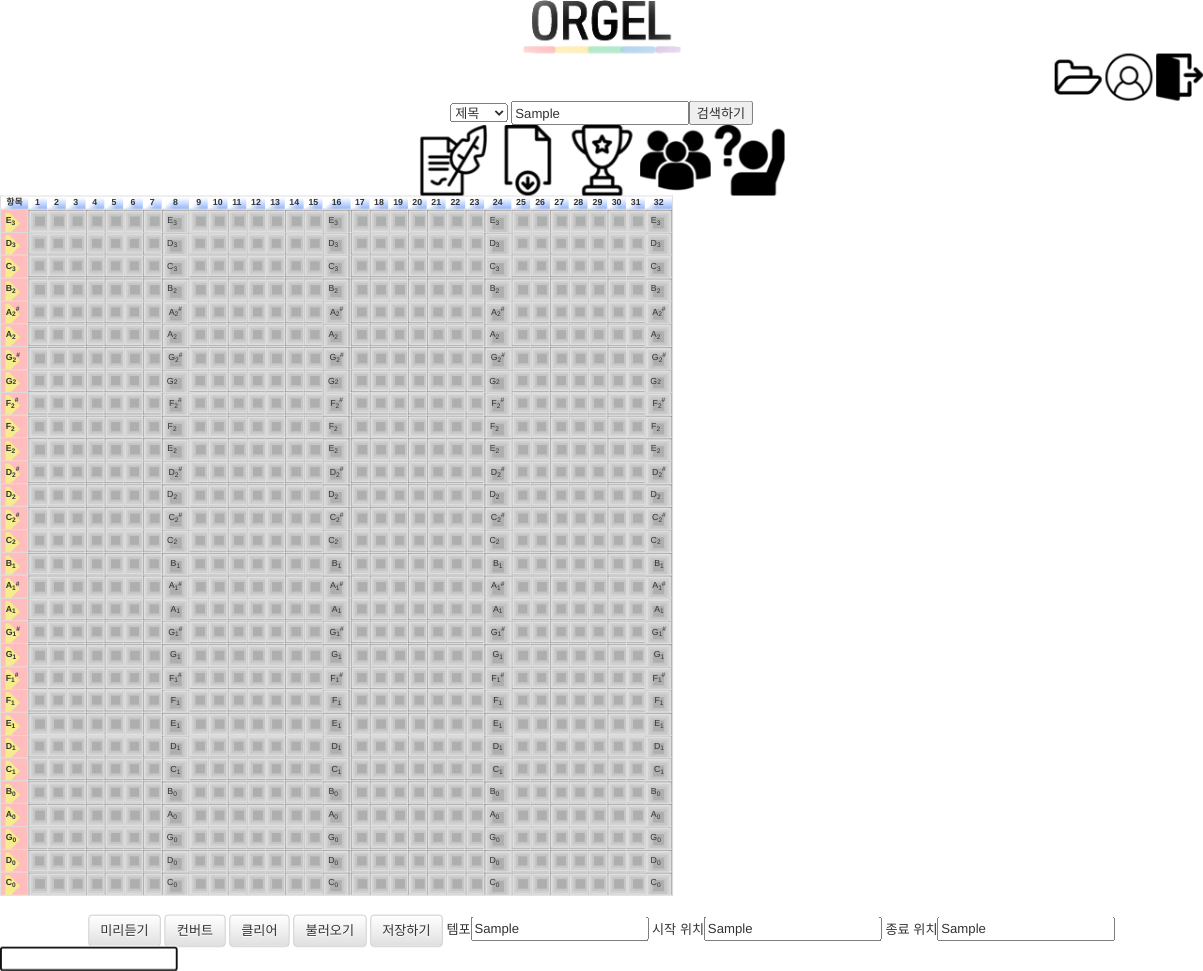
Repository: 2018YoungJinCollege-Com-3WDJ-3Group/WebCode
Page: http://localhost/main/create
The author's editor kept a record of every edit. The page is drawn from the files as they stood at one moment, then again after the next edit.
The browser window is 1280 px wide. The pictures show the whole page, at 94% of full size.
Empty fields were first filled with sample values (such as "Sample", 5 or name@example.com).
After loading, the first visible `#button_convert` was clicked once.
The page is served by the project's Laravel application, run on PHP 8.4 with Laravel 8. Other server files are loaded and not shown.

Above is the page before.
Console error (its wording comes from the project's code and is left out).

### project_0321/routes/web.php
<?php

/*
|--------------------------------------------------------------------------
| Web Routes
|--------------------------------------------------------------------------
|
| Here is where you can register web routes for your application. These
| routes are loaded by the RouteServiceProvider within a group which
| contains the "web" middleware group. Now create something great!
|
*/
//개인적으로 쓰이는 test파일 경로
Route::get('minsuk',function(){
   return view('minsuk');
});



Route::get('/test',function(){
    return view('test');
});
//사이트 접속시 첫 페이지
Route::get('/', function (){
    return view('project');
});

//mobile게시판 라우트
Route::resource('Msellboard','MoblieSellBoardController');
//게시판라우트
Route::resource('sellboard','SellBoardController');
//게시판 검색 라우트
Route::get('sellboard/search','SellBoardController@search')->name('sellboard.search');

//메인페이지 라우트
Route::resource('main','MainController');
//메인페이지 외부악보 라우트
Route::post('main/transfer','MainController@transfer')->name('upload');
Route::get('register','Auth\RegisterController@create');
Route::post('register','Auth\RegisterController@store')->name('register');
Route::post('duplication','Auth\RegisterController@namecheck')->name('duplication');
Route::resource('login','Auth\LoginController');

### project_0321/app/Http/Controllers/MainController.php
<?php

namespace App\Http\Controllers;
use App\Score;
use Illuminate\Http\Request;

class MainController extends Controller
{
    /**
     * Display a listing of the resource.
     *
     * @return \Illuminate\Http\Response
     */
    public function index()
    {
        //
        return view('main.index');
    }

    /**
     * Show the form for creating a new resource.
     *
     * @return \Illuminate\Http\Response
     */
    public function create()
    {
        //
        return view('main.create');
    }

    /**
     * Store a newly created resource in storage.
     *
     * @param  \Illuminate\Http\Request  $request
     * @return \Illuminate\Http\Response
     */
    public function store(Request $request)
    {
        //
        $post=new Score();
        $post->writer='root';
        $post->title='root';
        //악보가 필요해
        $post_string=$request->get('tempo').";".$request->get('score');
        $post->scorestring=$post_string;
        $post->thumnail='root';
        $post->save();
        $response = array(
            'status' => 'success',
            'msg' => 'Setting created successfully',
        );
        return \Response::json($response);
    }

    /**
     * Display the specified resource.
     *
     * @param  int  $id
     * @return \Illuminate\Http\Response
     */
    public function show($id)
    {
        //
    }

    /**
     * Show the form for editing the specified resource.
     *
     * @param  int  $id
     * @return \Illuminate\Http\Response
     */
    public function edit($id)
    {
        //
    }

    /**
     * Update the specified resource in storage.
     *
     * @param  \Illuminate\Http\Request  $request
     * @param  int  $id
     * @return \Illuminate\Http\Response
     */
    public function update(Request $request, $id)
    {
        //
    }

    /**
     * Remove the specified resource from storage.
     *
     * @param  int  $id
     * @return \Illuminate\Http\Response
     */
    public function destroy($id)
    {
        //
    }
    public function transfer(Request $request){
    $file=$request->file('file');
    $file->move(public_path('upload'),$file->getClientOriginalName());
    $_SESSION['file_path']=public_path('upload')."/".$file->getClientOriginalName();
    return $_SESSION['file_path'];
    }



}

### project_0321/resources/views/main/create.blade.php
@extends('layouts.master')
@section('content')

    <!--악보 테이블-->
    <div>
    <table class="table table-piano table-bordered table-hover table-condensed" id="pianoTable" style="user-select: none;">
        <!--멜로디 순서-->
        <thead id="theadOfPianoTable" >
        </thead>
        <!--//악보-->
        <tbody id="tbodyOfPianoTable">
        <?php
        include_once '../app/keyboard.php';
        $temp = new keyboard();
        $temp->createTable();
        ?>
        </tbody>
    </table>
    </div>
    <!--기능-->
    <div id="div_musicController">
    <button class="btn btn-default" id="button_play">미리듣기</button>
    <button class="btn btn-default" id="button_convert">컨버트</button>
    <button class="btn btn-default" id="button_clear">클리어</button>
    <button class="btn btn-default" id="button_read">불러오기</button>
    <button class="btn btn-default" id="button_save">저장하기</button>
    템포<input  type="text" id="input_tempo" placeholder="Tempo">
    시작 위치<input  type="text" id="input_startPoint" placeholder="Record Number">
    종료 위치<input  type="text" id="input_endPoint" placeholder="Record Number">
    </div>
    <script src="{{asset('js/jquery-3.3.1.js')}}"></script>

<script>
    var audioHandler;
    const MAX_NOTES = 30;


    // createPiano(13);

    //초기 동작
    {tableCreate(32);}

    function tableCreate(max) {


        for(var i = 0; i < max; i++){
            createHead();

            for(var j = 0; j < MAX_NOTES; j++) {
                createScore(j);
            }
        }




    }//function-end

    //상단 세로줄 넘버링 제작
    function createHead() {
        var thead = document.getElementById('theadOfPianoTable');


        if(thead.childElementCount === 0) {
            var list = document.createElement('th');
            list.innerText = "항목";
            thead.appendChild(list);
        }
        var createdTH = document.createElement('th');
        createdTH.innerText = thead.childElementCount;
        thead.appendChild(createdTH);
    }

    //악보 입력 부분 제작
    function createScore(i) {

        var tbody = document.getElementById('tbodyOfPianoTable');
        var createdTD = document.createElement('td');
        var createdIMG = document.createElement('img');


        createdTD.setAttribute('name',tbody.children[i].firstChild.id);
        createdTD.classList.add('cell-piano');

        createdIMG.classList.add('image-unput');
        // createdIMG.width    ="10dp";
        // createdIMG.height   ="10dp";


        if(tbody.children[i].childElementCount%8 == 0)
            createdTD.innerHTML = tbody.children[i].firstChild.innerHTML;
        else
            createdTD.innerHTML = "　";

        createdTD.appendChild(createdIMG);

        tbody.children[i].appendChild(createdTD);

    }


    //악보 클릭 시 음원 재생
    $('#tbodyOfPianoTable').on('click','.cell-piano',function () {

        if($(this).is(".cell-piano-input") === true){
            this.classList.remove("cell-piano-input");
            this.classList.remove("success");
        }
        else{
            var audio = document.createElement('audio');
            audio.setAttribute('src',"{{asset('wav/note')}}/note\_"+this.getAttribute('name')+".wav");
            audio.play();

            this.classList.add("cell-piano-input");
            this.classList.add("success");
        }

        var maxRecord = event.target.parentElement.parentElement.parentElement.firstElementChild.childElementCount;

        if(event.target.cellIndex >= maxRecord-3){
            tableCreate(8);
            screenChaser($('#theadOfPianoTable')[0].childElementCount);
        }
    });




    //미리듣기 클릭 이벤트
    $('#button_play').click(
        function () {
            window.clearInterval(audioHandler);


            var currentLine = $('#input_startPoint')[0].value;
            var endLine = $('#input_endPoint')[0].value;

            if(!currentLine)
                currentLine = 1;

            if(!endLine)
                endLine = document.getElementById('theadOfPianoTable').children.length - 1;

            var tempo = getTempo();

            audioHandler = setInterval(function () {
                try {
                    removeFocus('line-focus');
                } catch(e){

                }

                if(currentLine > 0)
                    focusLine(currentLine);


            var screenLine = parseInt(window.screen.width/33);


                if(currentLine%screenLine == 0)
                    screenChaser(screenLine);
                try {
                    audioPlay(currentLine);
                } catch (e){
                    console.log("음원 실행 오류");
                }


                if(currentLine == endLine){
                    window.clearInterval(audioHandler);

                    var endTimer = setTimeout(function(){
                        removeFocus('line-focus');
                        audioHandler = undefined;

                    },1000);
                }

                currentLine++;
            },tempo);


        }
    );

    //악보→오르골 전용 스트링 변환 이벤트
    $('#button_convert').click(
        function () {
            convertString();
        }
    );

    //악보 초기화
    $('#button_clear').click(

        function() {
            clearScore();
        }


    );

    //오르골 전용 스트링→악보 변환 이벤트
    $('#button_read').click(
        function () {
            openScore();
        }
    );

    // $('.cell-piano').hover(function (){
    //     crossFocus(event);
    // },function (){
    //     removeFocus('crossFocus')
    // });



    $('#tbodyOfPianoTable').on("mouseenter",".cell-piano", function() {
        if(audioHandler == undefined)
        crossFocus(event);
    }).on('mouseleave','.cell-piano', function() {

        removeFocus('crossFocus')
    });


    function audioPlay(currentLine) {
        var playlist = new Array();

        playlist[0] = getPlaylist(currentLine);



        for(var i = 0; i < playlist.length; i++) {
            var src = "";
            var audio = "";
            if(playlist[i].length > 0) {
                for(var j = 0; j < playlist[i].length; j++) {
                    src = "{{asset('wav/note')}}/note_" + (playlist[i][j]) + ".wav";
                    audio = new Audio(src);
                    audio.play();
                }
            }
            else
                continue;



        }


    }

    //상단 클릭 시 시작점 변경
    $('#theadOfPianoTable').on('click','th',function () {
        var clickPoint = event.target.innerHTML;
        if(clickPoint != "항목"){
            $('#input_startPoint')[0].value = clickPoint;
        }
    });

    //상단 더블 클릭 시 종료점 변경(시작점 변경과 연동되어 있음)
    $('#theadOfPianoTable').on('dblclick','th',function () {
        var clickPoint = event.target.innerHTML;
        if(clickPoint != "항목"){
            $('#input_endPoint')[0].value = clickPoint;
        }
    });


    $('#button_save').click(function() {
        sendScore();
    })


    //세로 줄에서 연주해야되는 음원 리스트 획득
    function getPlaylist(line) {
        var table = document.getElementById('tbodyOfPianoTable');
        var lineArray = new Array();
        for(var i = 0; i < table.children.length;i++){
            var selected = table.children[i].children[line];
            if($(selected).is(".cell-piano-input") === true)
                lineArray.push(table.children[i].children[line].getAttribute('name'));
        }

        return lineArray;
    }

    //악보→오르골 전용 스트링
    function convertString() {
        var maxOfLine = document.getElementById('theadOfPianoTable').children.length - 1;
        var melodyArray = new Array();
        var melodyString = "";
        var currentPlayList = "";
        for(var i = 0; i < maxOfLine; i++) {
            currentPlayList = getPlaylist(i + 1);
            if(currentPlayList != ""){
                for(var j = 0; j < currentPlayList.length; j++) {
                    currentPlayList[j] = String.fromCharCode(parseInt(currentPlayList[j])+25);
                }
                melodyArray.push(currentPlayList);
            }
            else
                melodyArray.push(0);

                melodyArray.push("r");
        }

        var tempo = $('#input_tempo')[0].value;

        if(tempo == ""){
            tempo = 80;
        }

        melodyString += tempo+";";

        for(var i = 0; i < melodyArray.length; i++){
                for(var j = 0; j < melodyArray[i].length; j++){
                    melodyString += melodyArray[i][j];
                }

            }

        while(melodyString.search(/rr$/) > -1) {
            melodyString = melodyString.replace(/rr$/,"r");
        }

        var temp = document.createElement('input');
        temp.type = 'text';
        temp.innerText = melodyString;

        $('body').append(temp);
        temp.select();
        document.execCommand('copy');
        tempo.remove();



        return melodyString;
    }






    //Tempo로 칭해지는 딜레이를 구하는 계산식
    function getTempo() {
        var inputTempo =    $('#input_tempo')[0].value;

        if(inputTempo == "")
            inputTempo = 80;

            inputTempo = 600 / inputTempo * 100 ;
            // 60 == 1000
            //

        return inputTempo;

    }

    //악보 초기화
    function clearScore() {


        window.clearInterval(audioHandler);

        $('#theadOfPianoTable>th').remove();
        $('.cell-piano').remove();
        tableCreate(32);
    }

    //오르골 전용 스트링→악보
    function openScore(){



        var scoreString = prompt("악보 코드 입력");

        if(scoreString === "" || scoreString === null)
            return 0;

        clearScore();

        var tempo = scoreString.split(";")[0];
        var score = scoreString.split(";")[1].split("r");
        var convertScore = [];

        tableCreate(score.length + score.length%4 - 8);


        console.log(score);

        for(var i = 0; i < score.length; i++) {
            if (!convertScore[i])
                convertScore[i] = [];


            for (var j = 0; j < score[i].length; j++) {

                var convertString = score[i][j].charCodeAt().valueOf();


                convertScore[i][j] = convertString;
            }
        }

        // tempo = getTempo(tempo);

        console.log(tempo);
        console.log(convertScore);

        $('#input_tempo')[0].value = tempo;

        for(var i = 0; i < convertScore.length; i++)
            for(var j = 0, k = 0; j < MAX_NOTES; j++){
                var currentScore = document.getElementById('tbodyOfPianoTable').children[j].children[i+1];
                if(currentScore.getAttribute('name') == convertScore[i][k] - 25) {
                    currentScore.classList.add("cell-piano-input");
                    currentScore.classList.add("success");
                    k++;
                }



            }



    }

    //css를 이용한 미리듣기 현재 진행 척도 강조
    function focusLine(currentLine) {
        var head = $('#pianoTable')[0].children[0].children[currentLine];
        var body;

        head.classList.add('line-focus');

        for(var i = 0; i < MAX_NOTES; i++){
            body = $('#pianoTable')[0].children[1].children[i].children[currentLine];
            body.classList.add('line-focus');
        }

    }

    //css를 이용한 현재 진행 척도 강조 해제
    function removeFocus(focusName){
        var focusedLine = document.getElementsByClassName(focusName);

        while(focusedLine.length > 0){
            focusedLine[0].classList.remove(focusName)
        }
    }

    function screenChaser(line) {
        var cellWidth = document.getElementsByName('80')[0].offsetWidth;
        // window.scrollBy(cellWidth*currentLine,0);
        window.scrollBy(cellWidth*line,0);
    }

    function crossFocus(event){

        var target = event.target;

        var horizonElements = target.parentElement;
        var currentLine = target.cellIndex;
        var currentRow = target.parentElement.rowIndex;
        var endLine = document.getElementById('theadOfPianoTable').children.length;

        try{
        for(var i = -1; i < 8; i++){
            var focusLine = parseInt(currentLine/8)*8+1+i;
            horizonElements.children[focusLine].classList.toggle('crossFocus');
            // var tempTarget = target.parentElement.parentElement.children[j];
            // tempTarget.children[currentLine].classList.add('crossFocus');

        }


        }catch(e){


        }
    }



    function sendScore(){
        var scoreString = convertString();
        var tempo = scoreString.split(";")[0];
        var score = scoreString.split(";")[1];
        var token = "{{ csrf_token() }}";
        $.ajax({
            type: "POST",
            url: "{{route('main.store')}}",
            data: {tempo: tempo, score: score,_token:token},
            //성공시 알림이 떠야하는데 jquery를 모르겠다...
            success: function( msg ) {
                alert("성공했습니다.");
                //$("#ajaxResponse").append("<div>"+msg+"</div>");
            }
        });


       /* var csrf = document.getElementById("_token").value;
        setRequestHeader("XSRF-TOKEN", csrf);
        var httpRequest;
        var url = "{{route('main.store')}}?tempo="+tempo+"&score="+score;


        if(window.XMLHttpRequest){
             httpRequest = new XMLHttpRequest();
        }
        else if(window.ActiveXObject){
            httpRequest = new ActiveXObject();
        }


        httpRequest.onreadystatechange = function () {
            if(httpRequest.readyState == 4 && httpRequest.status == 200){
                httpRequest.responseText;
            }
            else{

            }

        }

        httpRequest.open("post",url,true);
        httpRequest.send();

        */



    }





</script>

@stop

### project_0321/app/keyboard.php
<?php
/**
 * Created by PhpStorm.
 * User: ByoungOk
 * Date: 2018-02-09
 * Time: 오후 2:09
 */

class keyboard {



    function createTable(){
        $notesOf30 = array(E3,D3,C3,B2,A2S,A2,G2S,G2,F2S,F2,E2,D2S,D2,C2S,C2,B1,A1S,A1,G1S,G1,F1S,F1,E1,D1,C1,B0,A0,G0,D0,C0);
        $nameOfNotesOf30 = array('E<sub>3</sub><sup>　</sup>','D<sub>3</sub><sup>　</sup>','C<sub>3</sub><sup>　</sup>','B<sub>2</sub><sup>　</sup>','A<sub>2</sub></sub><sup>#</sup>','A<sub>2</sub><sup>　</sup>','G<sub>2</sub></sub><sup>#</sup>','G<sub>2</sub><sup>　</sup>','F<sub>2</sub></sub><sup>#</sup>','F<sub>2</sub><sup>　</sup>','E<sub>2</sub><sup>　</sup>','D<sub>2</sub></sub><sup>#</sup>','D<sub>2</sub><sup>　</sup>','C<sub>2</sub></sub><sup>#</sup>','C<sub>2</sub><sup>　</sup>','B<sub>1','A<sub>1</sub><sup>#</sup>','A<sub>1','G<sub>1</sub><sup>#</sup>','G<sub>1','F<sub>1</sub><sup>#</sup>','F<sub>1','E<sub>1','D<sub>1','C<sub>1','B<sub>0</sub><sup>　</sup>','A<sub>0</sub><sup>　</sup>','G<sub>0</sub><sup>　</sup>','D<sub>0</sub><sup>　</sup>','C<sub>0</sub><sup>　</sup>');
            foreach ($nameOfNotesOf30 as $key => $value){

                echo "<tr><th id='$notesOf30[$key]' class='cell-melody'>$value</th></tr>";
            }


    }
}


define('C0',40);
define('C0S',41);
define('D0',42);
define('D0S',43);
define('E0',44);
define('F0',45);
define('F0S',46);
define('G0',47);
define('G0S',48);
define('A0',49);
define('A0S',50);
define('B0',51);
//--------------
define('C1',52);
define('C1S',53);
define('D1',54);
define('D1S',55);
define('E1',56);
define('F1',57);
define('F1S',58);
define('G1',59);
define('G1S',60);
define('A1',61);
define('A1S',62);
define('B1',63);
//---------------
define('C2',64);
define('C2S',65);
define('D2',66);
define('D2S',67);
define('E2',68);
define('F2',69);
define('F2S',70);
define('G2',71);
define('G2S',72);
define('A2',73);
define('A2S',74);
define('B2',75);
//---------------
define('C3',76);
define('C3S',77);
define('D3',78);
define('D3S',79);
define('E3',80);
define('F3',81);
define('F3S',82);
define('G3',83);
define('G3S',84);
define('A3',85);
define('A3S',86);
define('B3',87);
//--------------
define('C4',88);

### project_0321/resources/views/layouts/master.blade.php
<!doctype html>
<html lang="{{ app()->getLocale() }}">
<head>
    <meta charset="UTF-8">

    <!--Bootstrap frame work-->
    <link rel="stylesheet" href="{!! asset('css/bootstrap.css') !!}">
    <link rel="stylesheet" href="{!! asset('css/bootstrap-theme.css') !!}">
    <script src="{{asset('js/bootstrap.js')}}"></script>

    <!--개인용 css 링크-->
    <link rel="stylesheet" href="{!! asset('css/persnoal.css?ver=5') !!}">





    <style>
        .content {
            text-align: center;
        }
        .user_icon{
            text-align: right;
        }
    </style>
</head>
<body>
<div class="content" style="margin: auto;">
    <div style="margin: auto;">
        <a href="{{ url('/') }}"><img src="/img/logotype_icon.png"></img></a>
    </div>

    <!-- image size : 75px -->
    <div class="user_icon">
        <a href="https://placeholder.com"><img src="/img/op_folder_icon_resized50px.png"></a>
        <a href="https://placeholder.com"><img src="/img/myInfo_icon_resized50px.png"></a>
        <a href="https://placeholder.com"><img src="/img/logout_icon_resized50px.png"></a>
    </div>

    <div>
        <form method="get" action="{{route('sellboard.search')}}">
        <select name="search_tag">
                        <option value="1">제목</option>
                        <option value="2">내용</option>
                        <option value="3">저작자</option>

        </select>
        <input type="text" name="search"><input type="submit" value="검색하기">
        </form>
    </div>

    <!-- image size : 75px -->
    <div class="menu_icon">
        <a href="{{route('main.index')}}"><img src="/img/mk_score_icon_resized75px.png"></a>
        <a href="{{route('sellboard.index')}}"><img src="/img/dl_file_icon_resized75px.png"></a>
        <a href="https://placeholder.com"><img src="/img/trophy_icon_resized75px.png"></a>
        <a href="https://placeholder.com"><img src="/img/community_icon_resized75px.png"></a>
        <a href="https://placeholder.com"><img src="/img/helping_icon_resized75px.png"></a>
    </div>

    @yield('content')
</div>
</body>
</html>

### project_0321/public/css/persnoal.css
#pianoTable{
    font-size: 7pt;
    width : 26px;

    vertical-align: middle;

}

#theadOfPianoTable>th{
    background-image: url("../img/cell_head.png");
    background-size: 25;
    text-align: center;

}

.cell-piano{
    text-align: center;
    background-color: white;
    background-image: url("../img/cell_unput.png");
    background-size: cover;



}

.cell-piano:hover{
    background-color: green;
    background-image: url("../img/cell_input.png");

}


.cell-piano-input{
    background-image: url("../img/cell_input.png");
    background-size: cover;
}



#theadOfPianoTable th:hover{
    background-color: black;
    color: white;
}


.line-focus {
    background-color: black;
    color: white;
    background-image: url("../img/cell_play.png");
    background-size: cover;
}


.crossFocus {
    background-image: url("../img/cell_cross.png");
    background-size: cover;
    font-weight: bold;
    color: white;
}

.cell-melody{
    background-image: url("../img/cell_melody.png");
    background-size: cover;
}

Loaded but not shown: project_0321/app/Http/Controllers/Controller.php (common file); project_0321/public/css/bootstrap.css (library); project_0321/public/css/bootstrap-theme.css (library); project_0321/public/js/bootstrap.js (library); project_0321/public/js/jquery-3.3.1.js (library)

After the next edit:
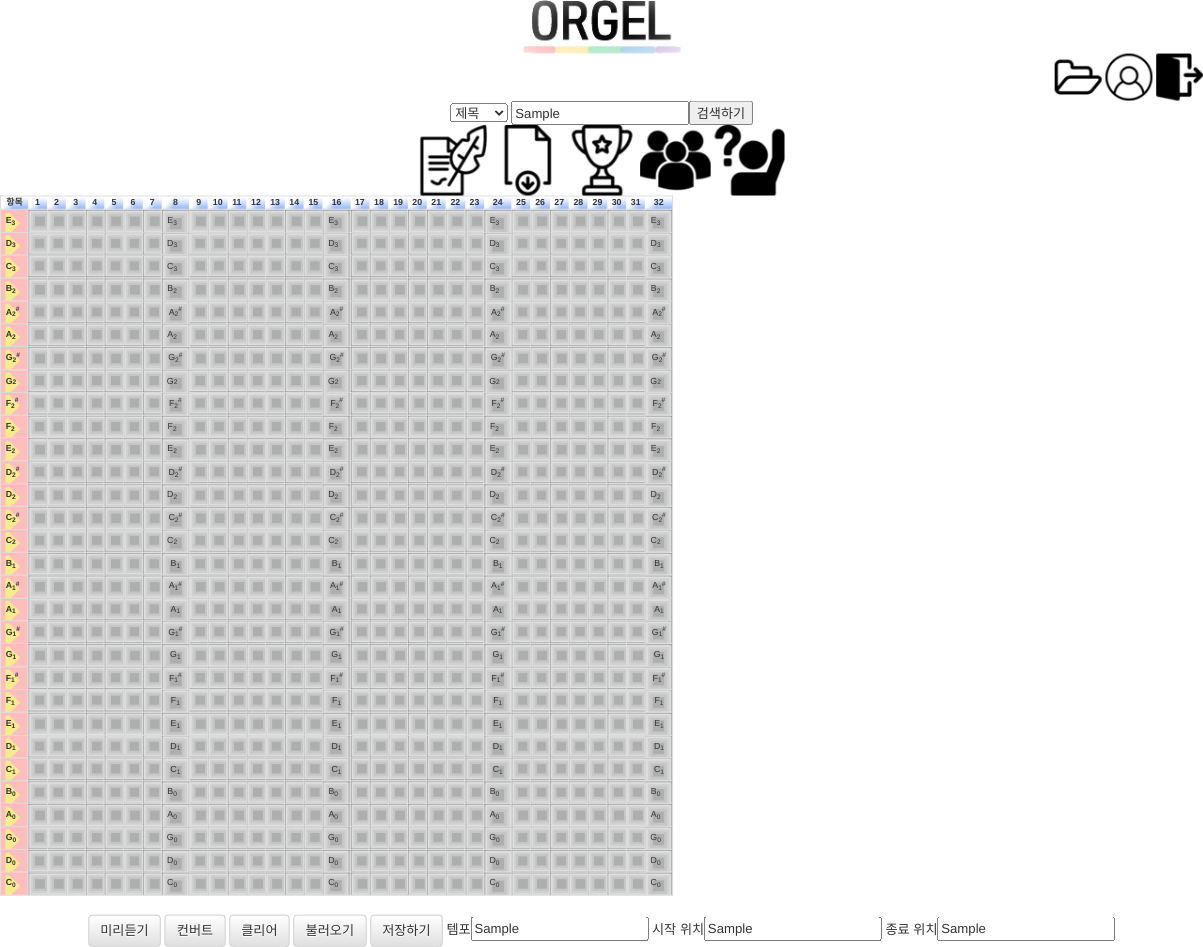
The edit:
--- a/project_0321/resources/views/main/create.blade.php
+++ b/project_0321/resources/views/main/create.blade.php
@@ -332,7 +332,7 @@
         $('body').append(temp);
         temp.select();
         document.execCommand('copy');
-        tempo.remove();
+        temp.remove(this);
 
 
 
